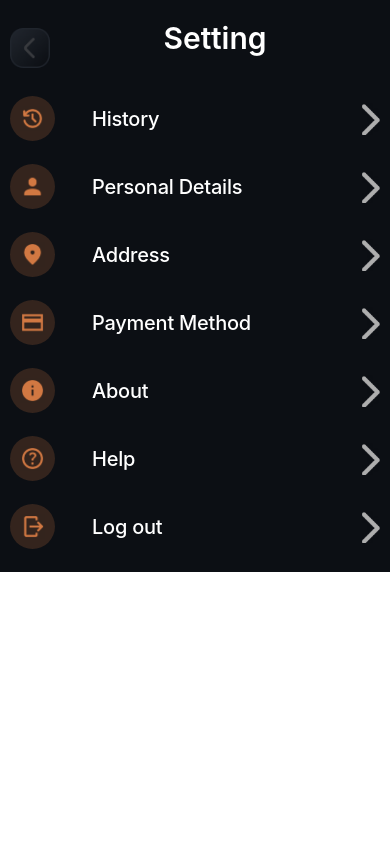
Repository: nguoilaisaochoi/App-coffe
Screen: /
These files come from the project's save history. The screen is drawn as it stood at one moment and after the next save; the edit follows.
The app was drawn by React Native's web renderer in a window 390 px wide. The project was rebuilt for these pictures with package versions that can differ from the ones it lists, and the page was loaded fresh each time.

Above is the screen before, as saved 2024-01-13 09:09:12.

After the next save:
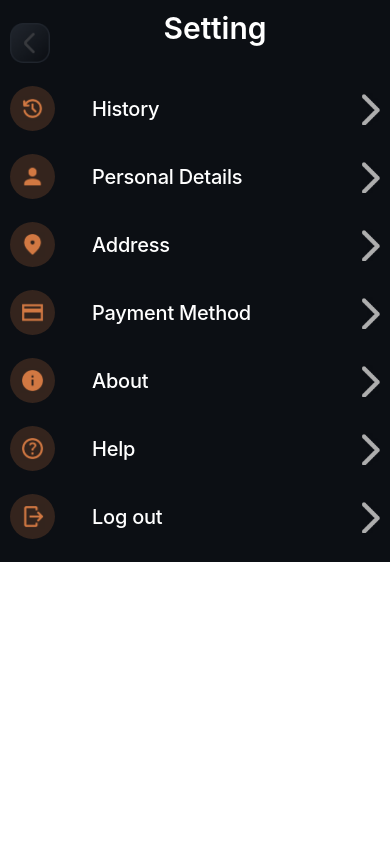
Saved 20 s later.
--- a/src/Setting.js
+++ b/src/Setting.js
@@ -130,7 +130,6 @@ const mystyle = StyleSheet.create({
     height: 40,
   },
   textsetting: {
-    marginTop:10,
     color: 'white',
     marginLeft: 'auto',
     marginRight: 'auto',
